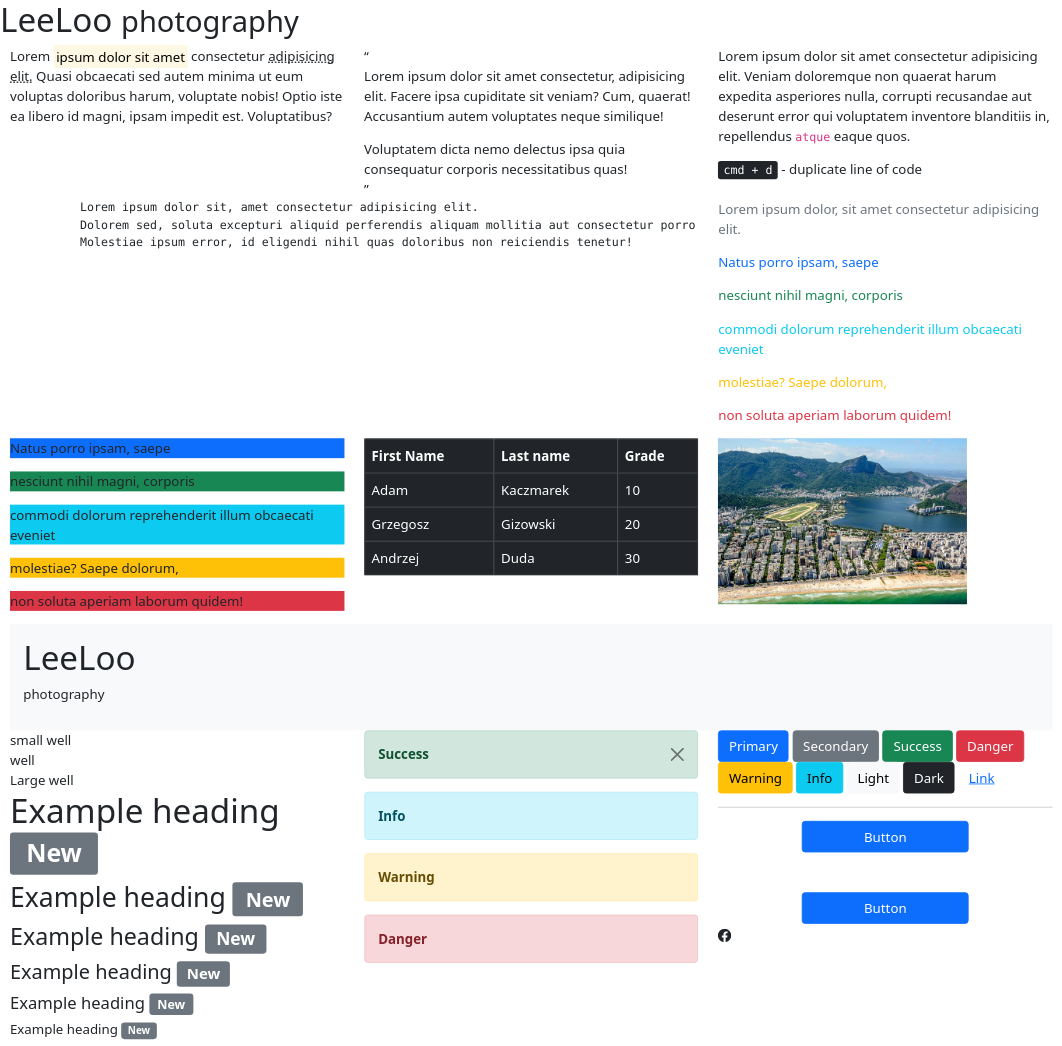
Repository: Zyzik-33/bootstrap-test
Page: index.html
The author's editor kept a copy of each file at every save. The page is drawn from the files as they stood at one save, then again after the next save.
The browser window is 1280 px wide. The pictures show the whole page, at 83% of full size.

Above is the page before, as saved 2021-01-27 22:04:07.

After the next save:
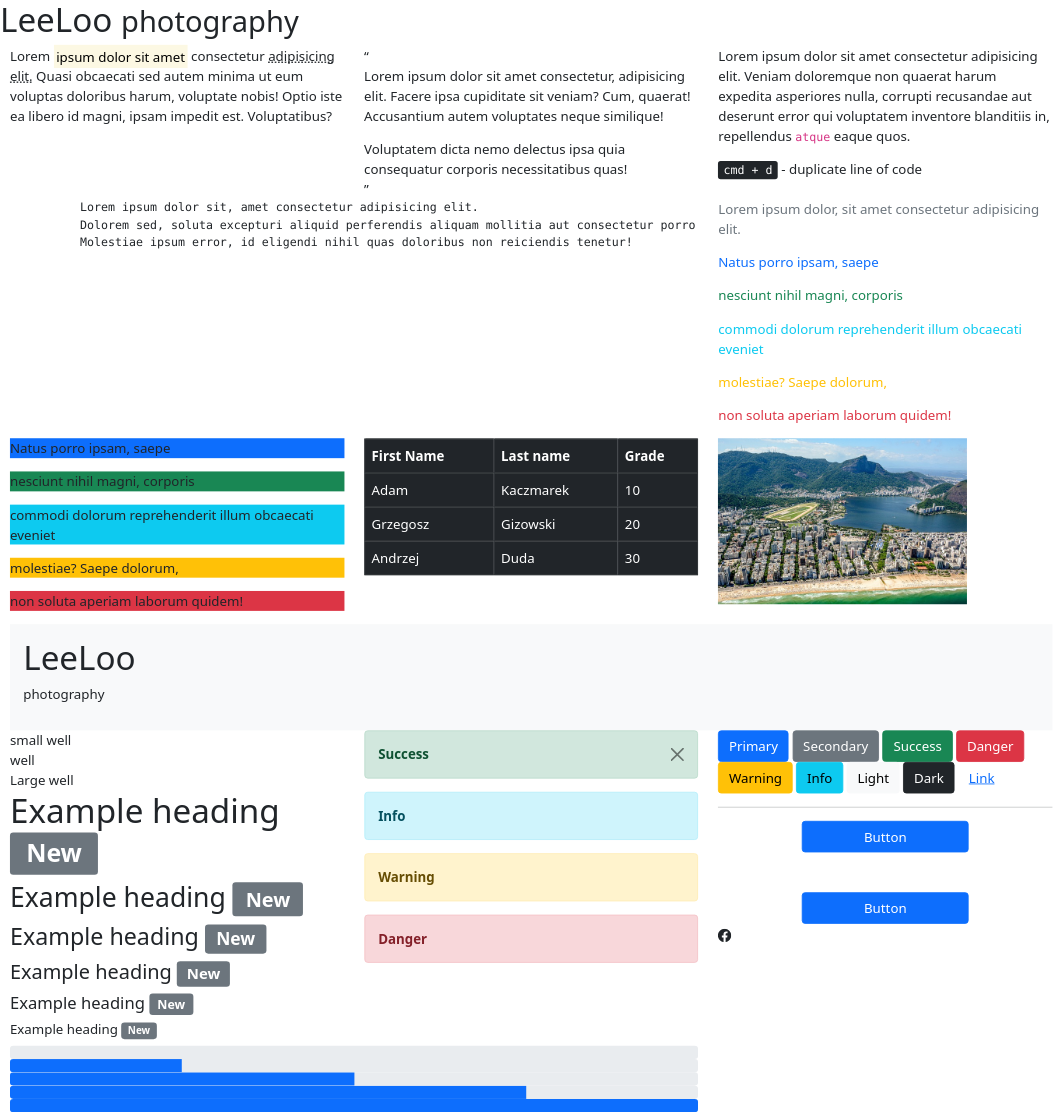
Saved 7 min 23 s later.
--- a/index.html
+++ b/index.html
@@ -152,6 +152,26 @@
         <i class="bi bi-braces"></i>
       </div>
     </div>
+    <div class="row">
+      <div class="col-lg-8">
+        <div class="progress">
+          <div class="progress-bar" role="progressbar" aria-valuenow="0" aria-valuemin="0" aria-valuemax="100"></div>
+        </div>
+        <div class="progress">
+          <div class="progress-bar" role="progressbar" style="width: 25%" aria-valuenow="25" aria-valuemin="0" aria-valuemax="100"></div>
+        </div>
+        <div class="progress">
+          <div class="progress-bar" role="progressbar" style="width: 50%" aria-valuenow="50" aria-valuemin="0" aria-valuemax="100"></div>
+        </div>
+        <div class="progress">
+          <div class="progress-bar" role="progressbar" style="width: 75%" aria-valuenow="75" aria-valuemin="0" aria-valuemax="100"></div>
+        </div>
+        <div class="progress">
+          <div class="progress-bar" role="progressbar" style="width: 100%" aria-valuenow="100" aria-valuemin="0" aria-valuemax="100"></div>
+        </div>
+      </div>
+      <div class="col-lg-2"></div>
+    </div>
   </div>
 </body>
 </html>
